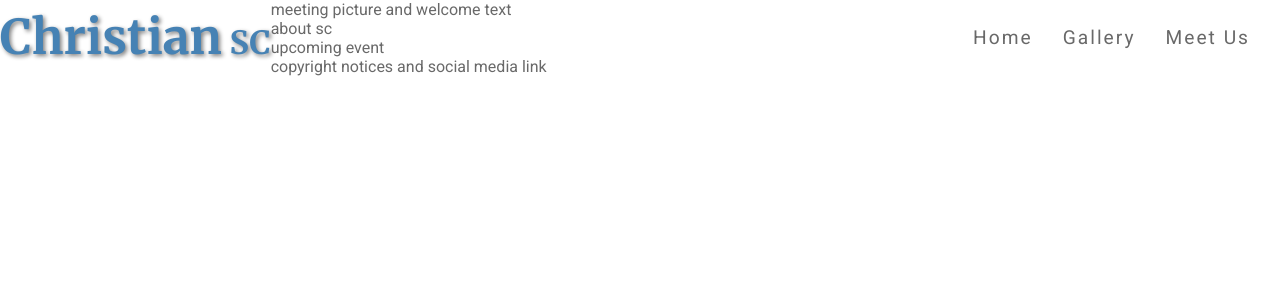
Repository: kongteckmee/christian-sc
Page: index.html
The author's editor kept a record of every edit. The page is drawn from the files as they stood at one moment, then again after the next edit.
The browser window is 1280 px wide. The pictures show the whole page.
The pointer rests on the first visible `#scmenu a`.

Above is the page before.

After the next edit:
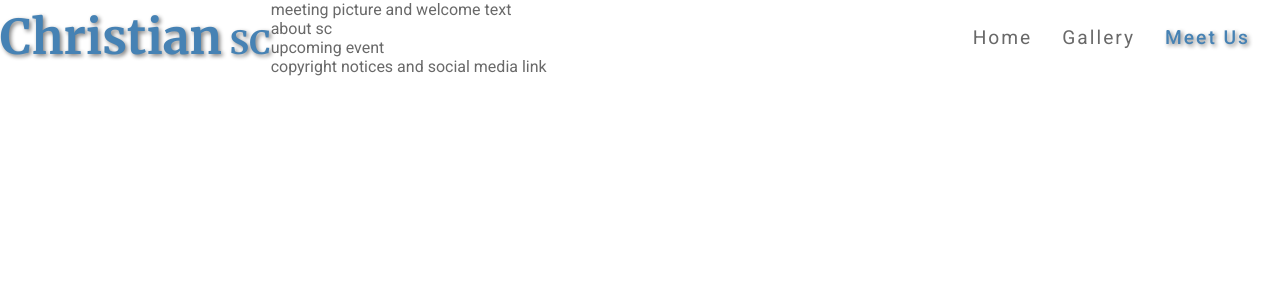
The edit:
--- a/assets/css/style.css
+++ b/assets/css/style.css
@@ -42,3 +42,9 @@ body {
     text-decoration: none;
     color: inherit;
 }
+
+#scmenu a:hover {
+    color: #4682b4;
+    font-weight: 500;
+    text-shadow: 2px 2px 4px #808080;
+}
